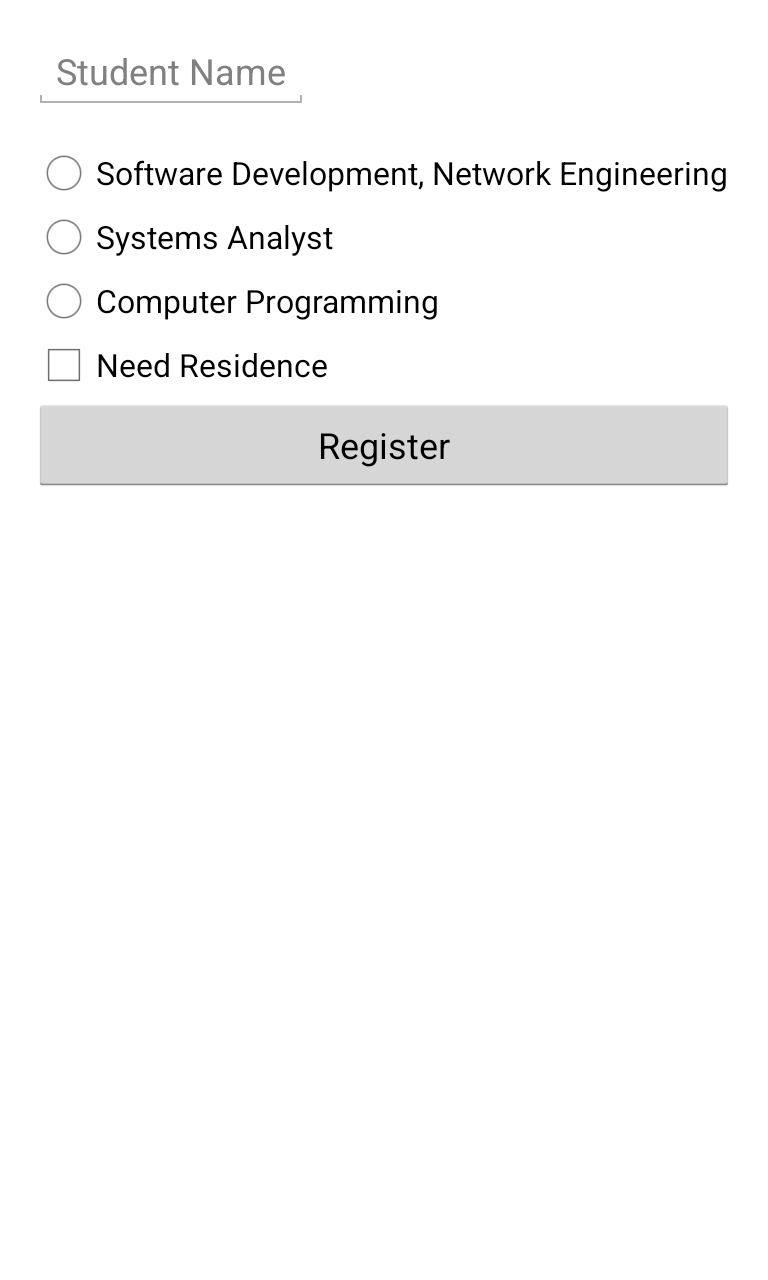
Repository: ericMedeiros93/Android-Dev
Layout: StudentInfo/res/layout/activity_main.xml
These files come from the project's save history. The layout is drawn as it stood at one moment and after the next save; the edit follows.
It is drawn on a 768 x 1280 px phone screen (xhdpi) without system bars, with theme AppTheme; the app's code is not run.

Above is the layout before, as saved 2014-10-08 15:52:12.

After the next save:
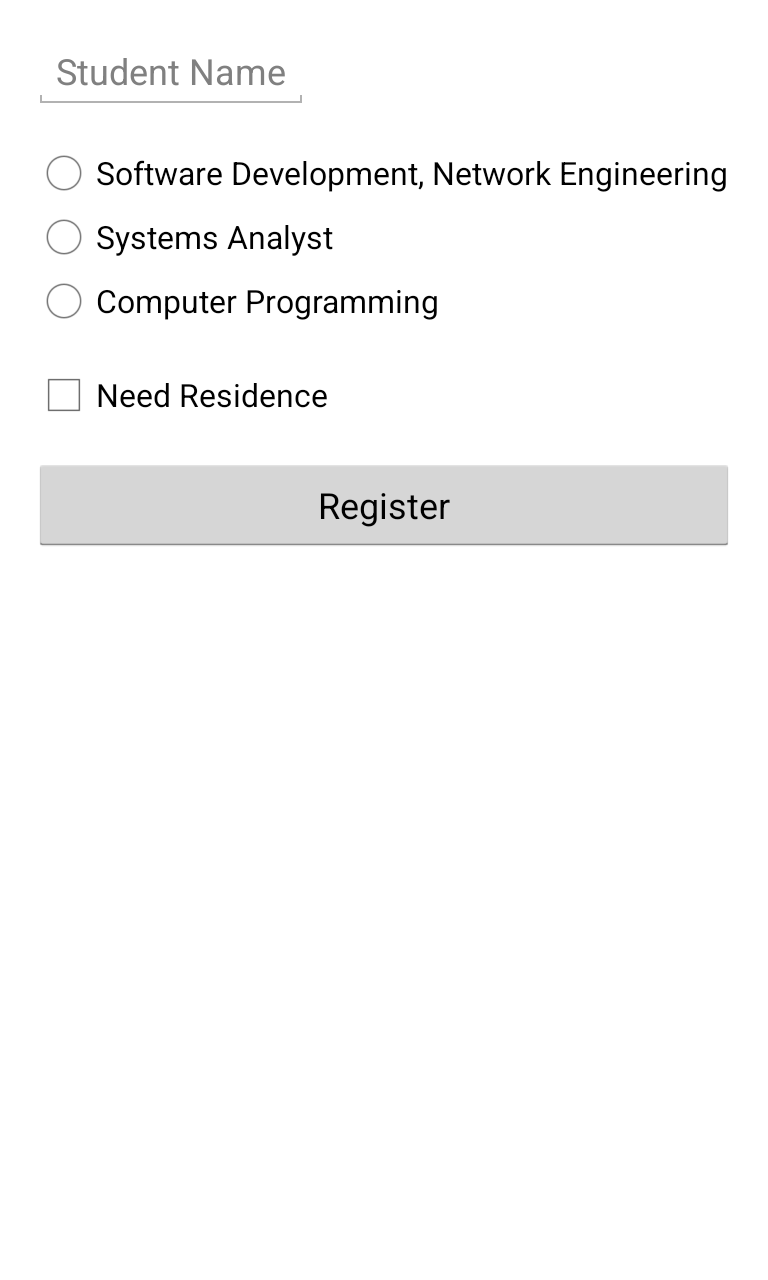
Saved 24 s later.
--- a/StudentInfo/res/layout/activity_main.xml
+++ b/StudentInfo/res/layout/activity_main.xml
@@ -47,11 +47,13 @@
         android:id="@+id/chkNeedResidence"
         android:layout_width="match_parent"
         android:layout_height="wrap_content"
+        android:layout_marginTop="15dp"
         android:text="@string/need_residence" />
 
     <Button
         android:layout_width="match_parent"
         android:layout_height="wrap_content"
+        android:layout_marginTop="15dp"
         android:text="@string/register" />
 
 </LinearLayout>
